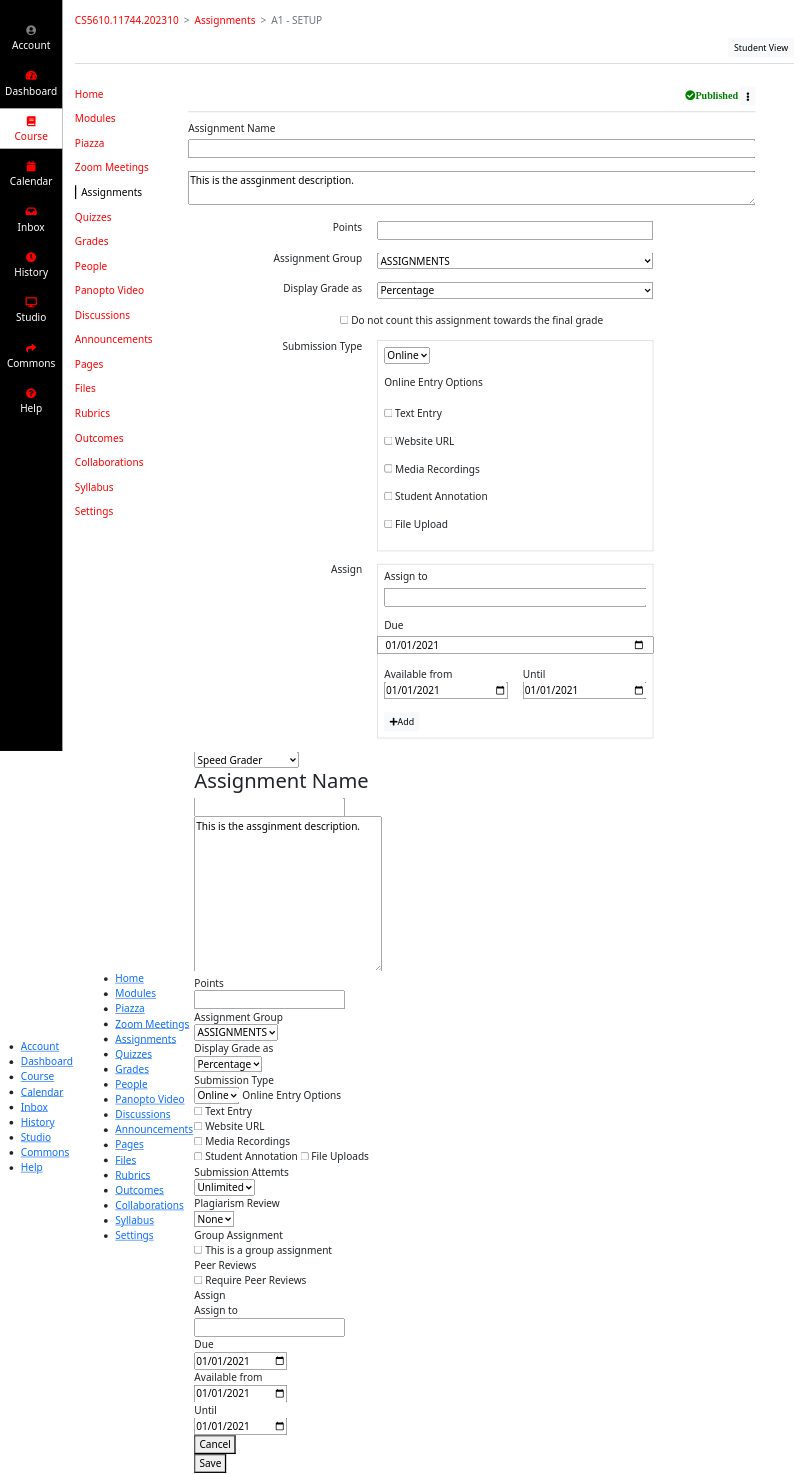
Repository: yuqiant/kanbas-react-web-app
Page: public/kanbas/assignment/edit.html
The author's editor kept a copy of each file at every save. The page is drawn from the files as they stood at one save, then again after the next save.
The browser window is 1280 px wide. The pictures show the whole page, at 63% of full size.

Above is the page before, as saved 2023-10-05 01:28:12.

After the next save:
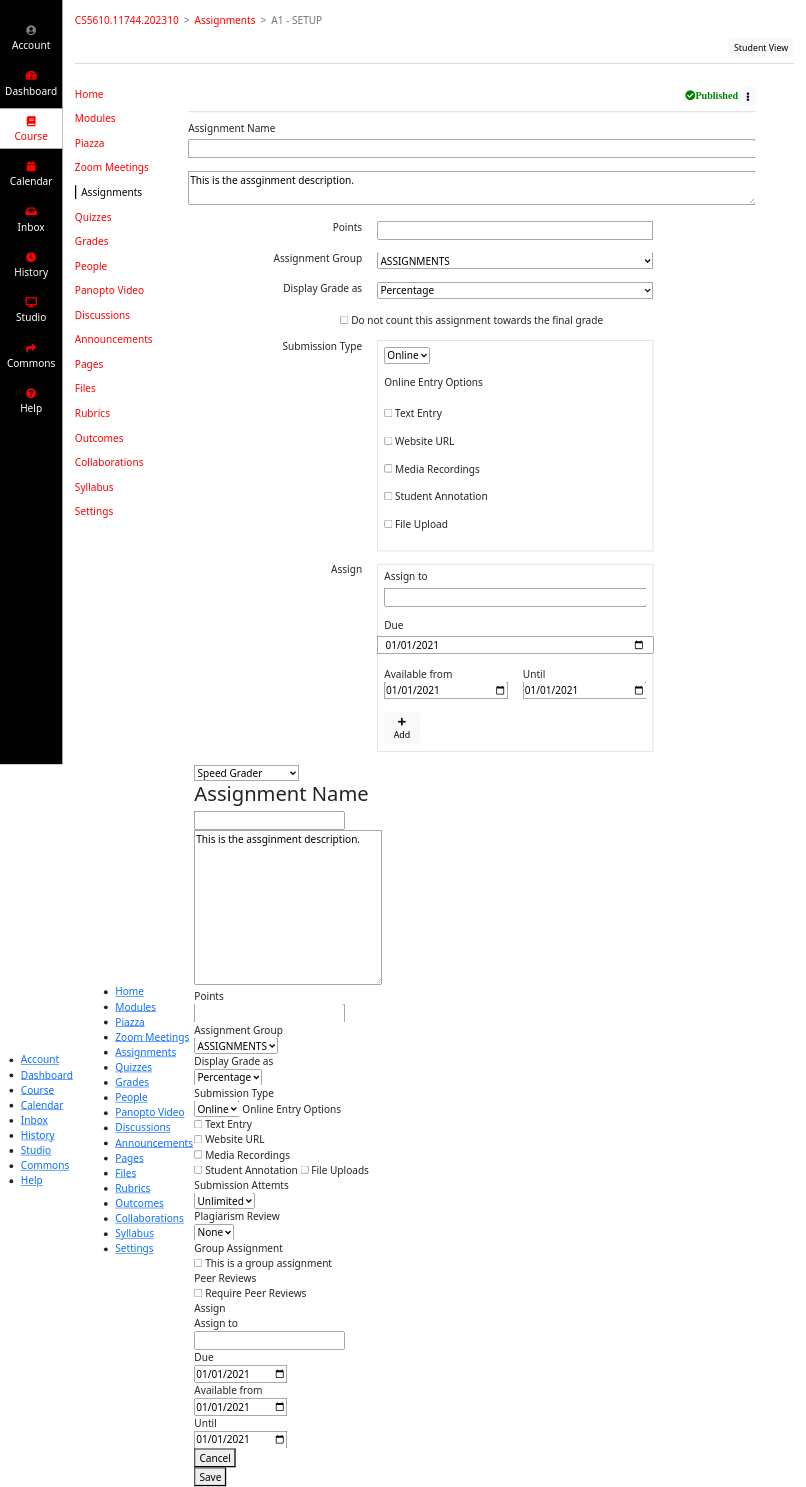
Saved 23 s later.
--- a/public/kanbas/assignment/edit.html
+++ b/public/kanbas/assignment/edit.html
@@ -237,7 +237,8 @@
                                             style="width: 100%;" />
                                     </div>
                                 </div>
-                                <button class="btn btn-light btn-sm"><i class="fas fa-plus"></i>Add</button>
+                                <button class="btn btn-light btn-sm"><i class="fas fa-plus"
+                                        style="width: 100%;"></i>Add</button>
 
 
                             </div>
